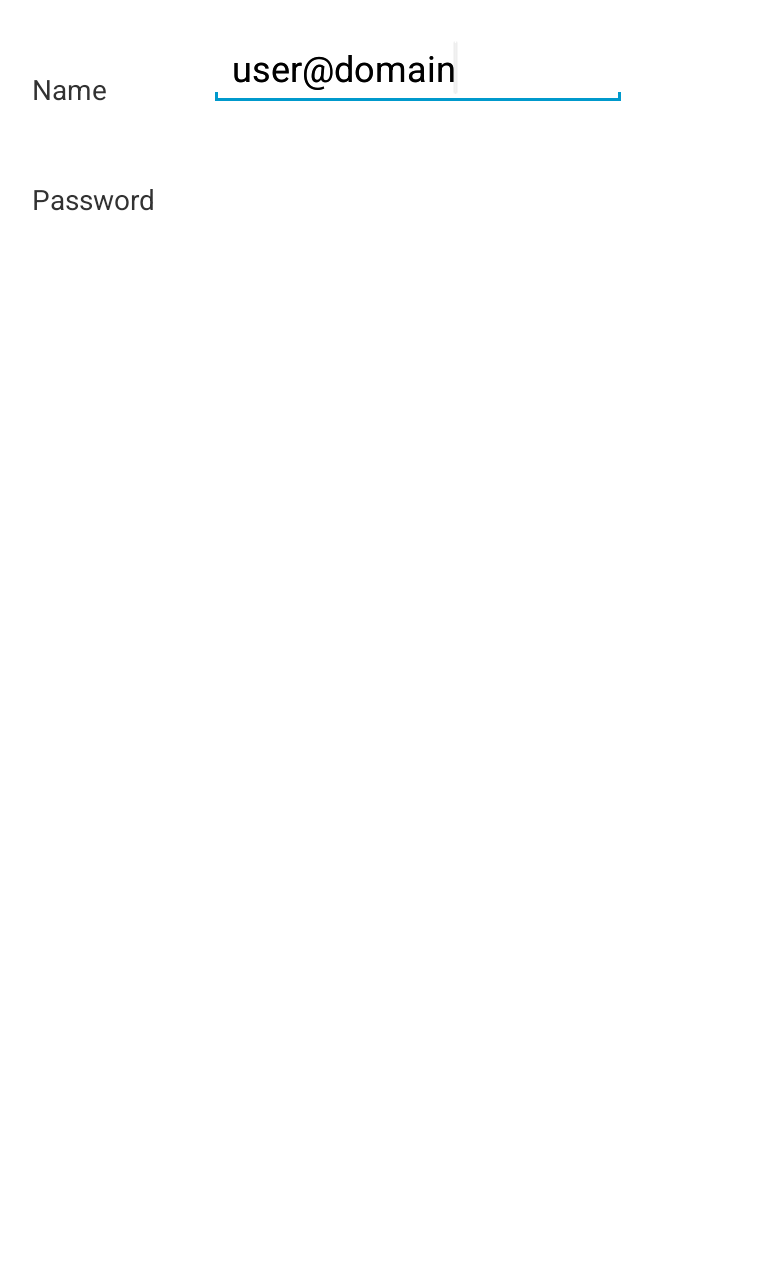
Repository: srikraj8341/srikanthrepo
Layout: android/MyFirstApp/res/layout/activity_main.xml
These files come from the project's save history. The layout is drawn as it stood at one moment and after the next save; the edit follows.
It is drawn on a 768 x 1280 px phone screen (xhdpi) without system bars, with theme AppTheme; the app's code is not run.

Above is the layout before, as saved 2012-09-22 06:32:37.

After the next save:
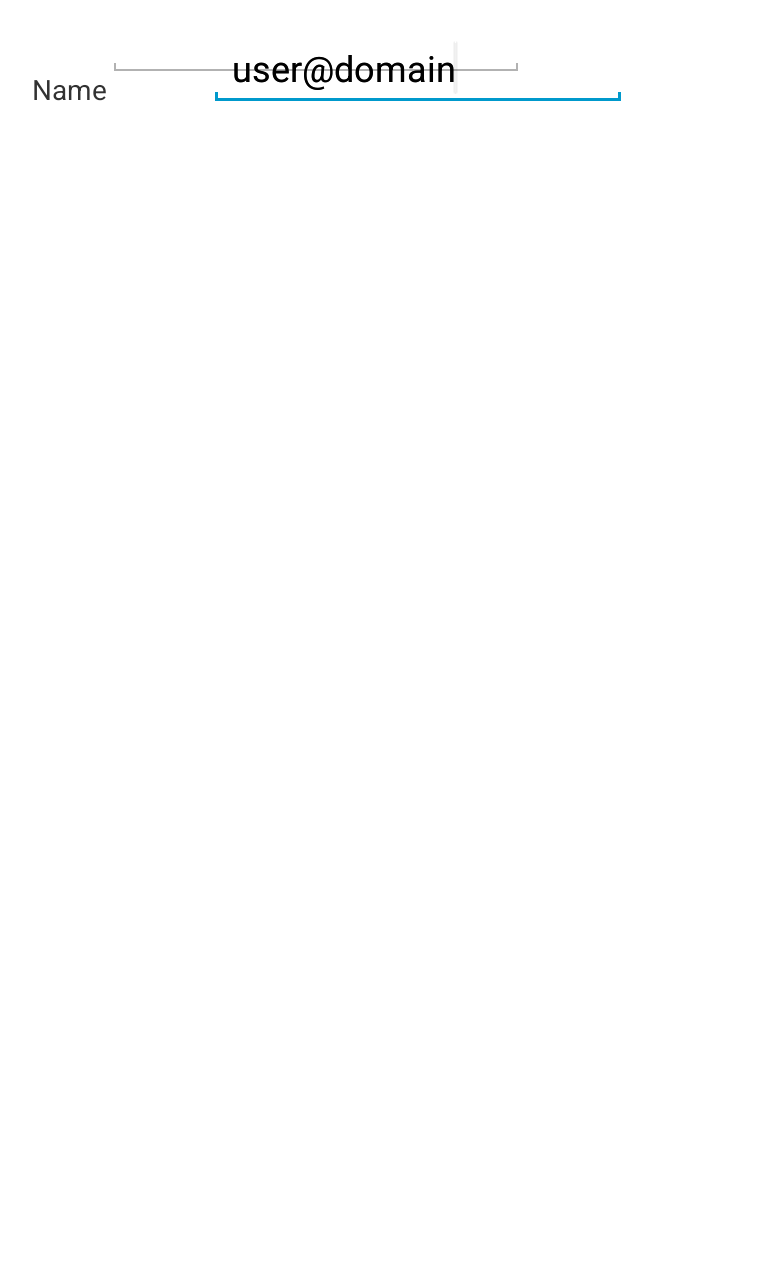
Saved 110 s later.
--- a/android/MyFirstApp/res/layout/activity_main.xml
+++ b/android/MyFirstApp/res/layout/activity_main.xml
@@ -28,15 +28,6 @@
         <requestFocus />
     </EditText>
 
-    <TextView
-        android:id="@+id/textView4"
-        android:layout_width="96dp"
-        android:layout_height="wrap_content"
-        android:layout_alignParentLeft="true"
-        android:layout_marginTop="90dp"
-        android:text="@string/Password" />
-
-
     <EditText
         android:id="@+id/editText2"
         android:layout_width="wrap_content"
@@ -51,5 +42,14 @@
         <requestFocus />
     </EditText>
 
+    <EditText
+        android:id="@+id/editText3"
+        android:layout_width="wrap_content"
+        android:layout_height="wrap_content"
+        android:layout_alignBottom="@+id/textView4"
+        android:layout_marginLeft="37dp"
+        android:layout_toRightOf="@+id/textView4"
+        android:ems="10"
+        android:inputType="textPassword" />
 
 </RelativeLayout>
